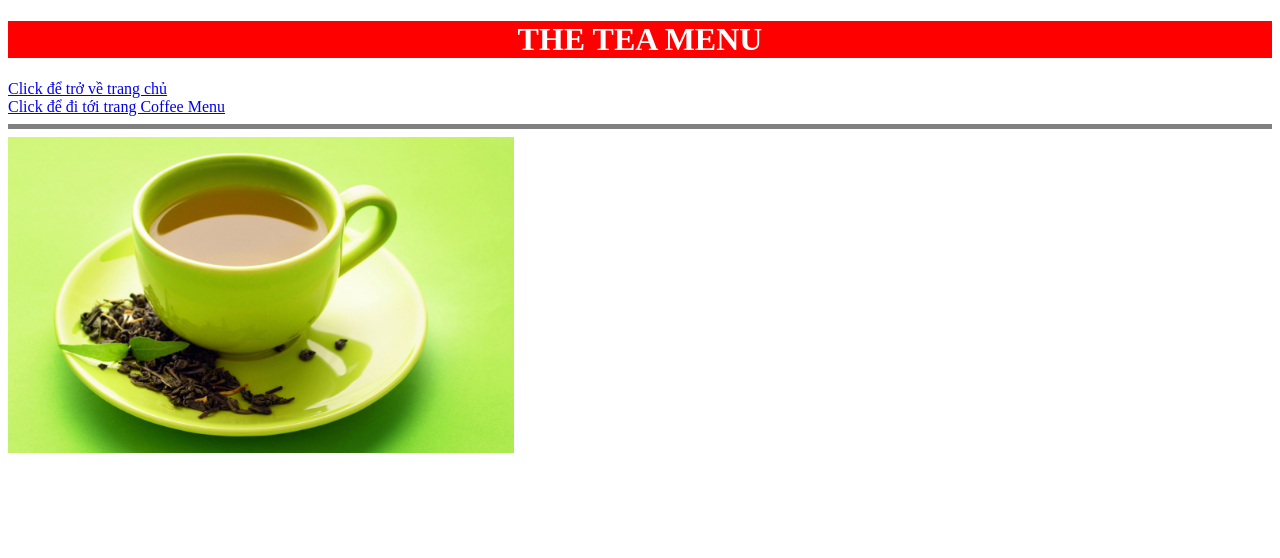
Repository: giahuy405/HomeWork_Coffee
Page: tea.html
An editor plug-in stored every save of this project. The page is shown before and after the next save, followed by the edit.
The browser window is 1280 px wide. The pictures show the whole page.

Above is the page before, as saved 2022-09-07 01:29:47.

### tea.html
<!DOCTYPE html>
<html lang="en">
<head>
    <meta charset="UTF-8">
    <meta http-equiv="X-UA-Compatible" content="IE=edge">
    <meta name="viewport" content="width=device-width, initial-scale=1.0">
    <title>Document</title>
    <link rel="stylesheet" href="./css/tea.css">
</head>
<body>
    <header>
        <h1 style="text-align:center;color:white;background-color:red">THE TEA MENU</h1>
        <a href="#">Click để trở về trang chủ</a>
        <br>
        <a href="#">Click để đi tới trang Coffee Menu</a>
        <hr size="5px" noshade>
    </header>
    <div class="intro-img">
        <img style="width:40%" src="./img/Green-Tea.jpg" alt="">
    </div>
</body>
</html>

Loaded but not shown: css/tea.css (no stored copy; drawn as an empty file)

After the next save:
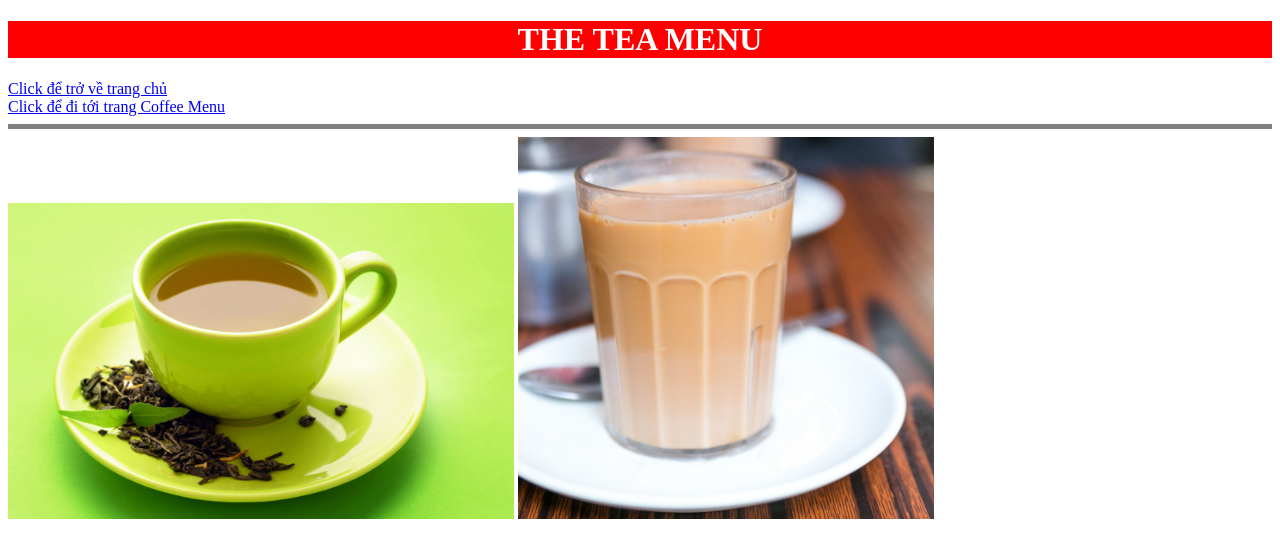
Saved 18 s later.
--- a/tea.html
+++ b/tea.html
@@ -17,6 +17,7 @@
     </header>
     <div class="intro-img">
         <img style="width:40%" src="./img/Green-Tea.jpg" alt="">
+        <img style="40%" src="./img/milktea.png" alt="">
     </div>
 </body>
 </html>
